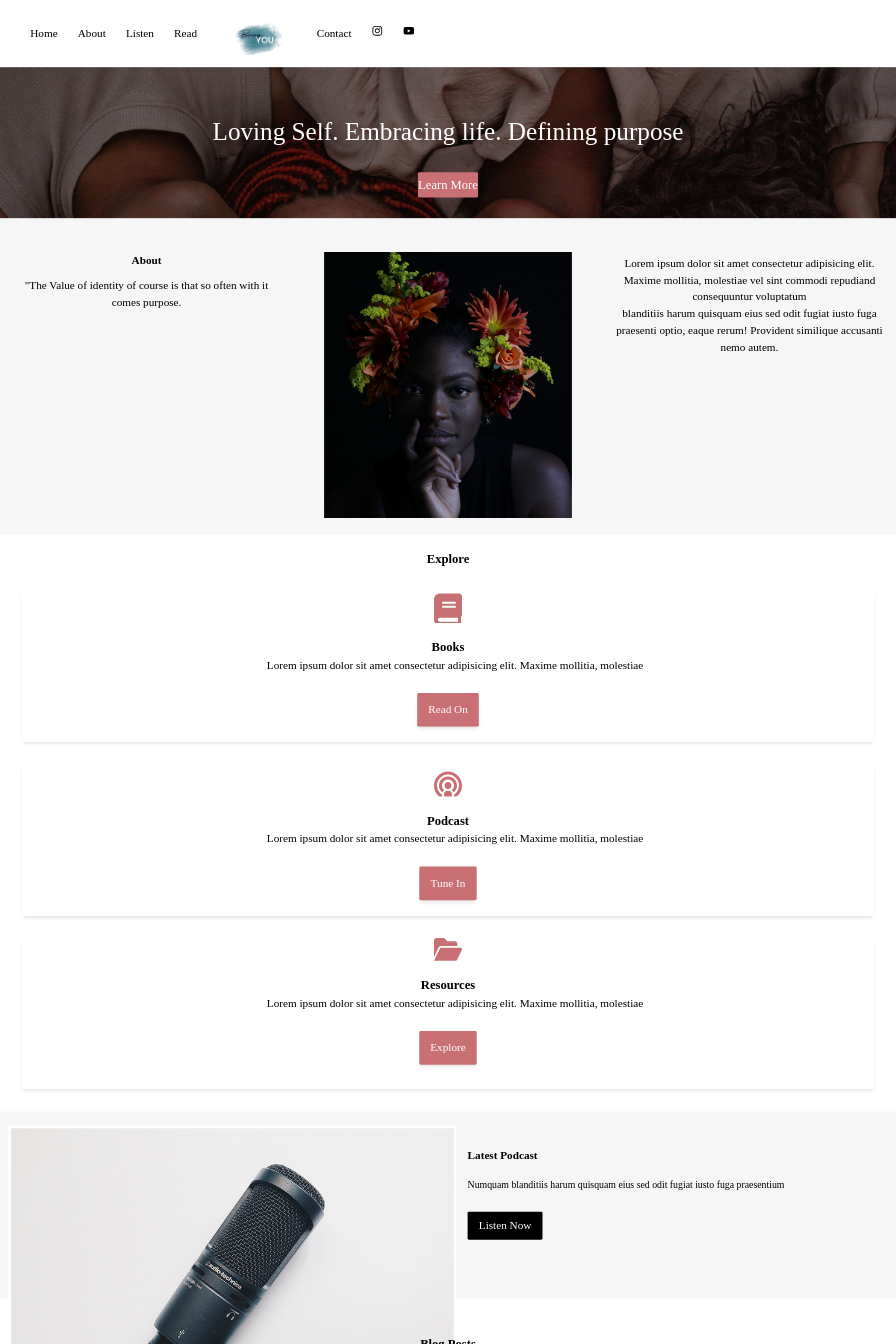
Repository: BrightonMboya/being-you
Page: /
An editor plug-in stored every save of this project. The page is shown before and after the next save, followed by the edit.
The browser window is 1280 px wide. The pictures show the part of the page from y = 0 to 1920 px (the page is 3088 px tall), at 70% of full size.
The project was rebuilt for these pictures with package versions that can differ from the ones it lists, and the page was loaded fresh each time.

Above is the page before, as saved 2022-05-29 10:08:57.

### src/index.css
@tailwind base;
@tailwind components;
@tailwind utilities;

@layer base {
    html {
        font-family: Cormorant Garamond;
    }
}

### src/App.js
import React from "react";
import NavBar from './Components/Navbar/NavBar';
import HeroSection from "./Components/Hero-Section/HeroSection";
import About from "./Components/About/About"
import Explore from "./Components/Podcast/Explore";
import Podcast from "./Components/Podcast/Podcast";
import Blogs from "./Components/Blog/Blogs";
import Footer from "./Components/Footer/Footer";

function App() {
  return (
    <React.Fragment>
     <NavBar/>
     <HeroSection/>
     <About/>
     <Explore/>
     <Podcast/>
     <Blogs/>
     <Footer/>
    </React.Fragment>
  );
}

export default App;

### src/Components/Navbar/NavBar.jsx
import React, { useState } from 'react'
import { Link } from 'react-scroll'
import logo from '../../assets/logo.png'
import { FaBars, FaTimes, FaInstagram, FaYoutube } from 'react-icons/fa'

const NavBar = () => {
  const [nav, setNav] = useState(false)
  const handleClick = () => setNav(!nav)
  return (
    <React.Fragment>
      <div className="flex items-center justify-between shadow-md">
        <div className="md:hidden">
          <img src={logo} alt="" className="object-cover w-28 h-28" />
        </div>

        {/* menu */}
        <ul className="hidden md:flex gap-[4vh] ml-[6vh] mt-4">
          <li className="mt-5">
            <Link to="home" smooth={true} duration={500}>
              Home
            </Link>
          </li>
          <li className="mt-5">
            <Link to="about" smooth={true} duration={500}>
              About
            </Link>
          </li>
          <li className="mt-5">
            <Link to="listen" smooth={true} duration={500}>
              Listen
            </Link>
          </li>
          <li className="mt-5">
            <Link to="read" smooth={true} duration={500}>
              Read
            </Link>
          </li>
          <li>
            <img src={logo} alt="" className="object-cover w-30 h-20" />
          </li>
          <li className="mt-5">
            <Link to="contact" smooth={true} duration={500}>
              Contact
            </Link>
          </li>
          <li className="mt-5">
            <FaInstagram className="" />
          </li>
          <li className="mt-5">
            <FaYoutube />
          </li>
        </ul>

        {/* Hamburger Menu */}
        <div className="md:hidden z-10" onClick={handleClick}>
          {!nav ? (
            <FaBars className="text-2xl w-full mr-8" />
          ) : (
            <FaTimes className="text-3xl  mr-3" />
          )}
        </div>

        {/* mobile menu */}
        <ul
          className={
            !nav
              ? 'hidden'
              : 'absolute top-0 left-0 w-full h-[60vh] flex flex-col justify-center items-center'
          }
        >
          <li className="text-2xl py-5">
            <Link onClick={handleClick} to="home" smooth={true} duration={500}>
              Home
            </Link>
          </li>
          <li className="text-2xl">
            <Link to="about" smooth={true} duration={500}>
              About
            </Link>
          </li>
          <li className="text-2xl">
            <Link to="listen" smooth={true} duration={500}>
              Listen
            </Link>
          </li>
          <li className="text-2xl">
            <Link to="read" smooth={true} duration={500}>
              Read
            </Link>
          </li>

          <li className="text-2xl">
            <Link to="contact" smooth={true} duration={500}>
              Contact
            </Link>
          </li>
        </ul>
      </div>
    </React.Fragment>
  )
}

export default NavBar

### src/Components/Hero-Section/HeroSection.jsx
import React from 'react'
import hero from '../../assets/hero.png'

const HeroSection = () => {
  return (
    <div
      style={{
        backgroundImage: `url(${hero})`,
        objectPosition: 'cover',
      }}
      className="object-cover bg-cover bg-no-repeat h-[30vh] md:h-[30vh]"
    >
      <div className="flex flex-col items-center justify-center pt-[7vh]">
        <h3 className="text-center text-xl text-white font-medium py-[3vh] md:text-4xl">
          Loving Self. Embracing life. Defining purpose
        </h3>

        <button className="bg-[#C87073] text-white py-1 mt-4 rounded-sm font-normal text-base md:text-lg">
          Learn More
        </button>
      </div>
    </div>
  )
}

export default HeroSection

### src/Components/About/About.jsx
import React from "react";
import about from "../../assets/about.jpg";

const About = () => {
  return (
    <div className="flex flex-col justify-center items-center bg-[#F6F6F6]">
      <div className="py-6 md:grid grid-cols-3 gap-3">
        <div className="mt-6">
          <h3 className="text-center font-semibold">About</h3>
          <p className="text-center px-4 md:mt-3">
            "The Value of identity of course is that so often with it comes
            purpose.
          </p>
        </div>
        <img src={about} alt="" className="mt-6 px-8" />
        <p className="text-center px-3 text-sm mt-7 md:text-base">
          Lorem ipsum dolor sit amet consectetur adipisicing elit. Maxime
          mollitia, molestiae vel sint commodi repudiand consequuntur voluptatum
            <br/>
          blanditiis harum quisquam eius sed odit fugiat iusto fuga praesenti
          optio, eaque rerum! Provident similique accusanti nemo autem.
        </p>
      </div>
    </div>
  );
};

export default About;

### src/Components/Podcast/Explore.jsx
import React from "react";
import ExploreCard from "./ExploreCard";
import book from "../../assets/book.svg";
import podcast from "../../assets/podcast.svg";
import resources from "../../assets/resources.svg";

const Explore = () => {
  return (
    <div className="mt-5">
      <h3 className="text-center font-semibold text-lg">Explore</h3>
      <div className="flex flex-col px-8">
        <ExploreCard
          image={book}
          title="Books"
          description="Lorem ipsum dolor sit amet consectetur adipisicing elit. Maxime mollitia, molestiae "
          action="Read On"
        />
        <ExploreCard
          image={podcast}
          title="Podcast"
          description="Lorem ipsum dolor sit amet consectetur adipisicing elit. Maxime mollitia, molestiae "
          action="Tune In"
        />
        <ExploreCard
          image={resources}
          title="Resources"
          description="Lorem ipsum dolor sit amet consectetur adipisicing elit. Maxime mollitia, molestiae "
          action="Explore"
        />

      </div>
    </div>
  );
};

export default Explore;

### src/Components/Podcast/Podcast.jsx
import React from "react";
import mic from "../../assets/mic.jpg";

const Podcast = () => {
  return (
    <div className="bg-[#F6F6F6] mt-8 h-[37vh]">
      <div className="grid grid-cols-2">
        <img
          src={mic}
          alt=""
          className="h-full w-25 object-cover ml-3  mt-5 border-4 border-white"
        />
        <div className="mt-[7vh] ml-7">
          <h3 className="font-semibold">Latest Podcast</h3>
          <p className="text-sm mr-5 mt-5">
            Numquam blanditiis harum quisquam eius sed odit fugiat iusto fuga
            praesentium
          </p>

          <button className="mt-7 bg-black text-white px-4 py-2 rounded-sm shadow-mdF">
            Listen Now
          </button>
        </div>
      </div>
    </div>
  );
};

export default Podcast;

### src/Components/Blog/Blogs.jsx
import React from "react";
import BlogCard from "./BlogCard";
import blog from "../../assets/blog.png";

const Blogs = () => {
  return (
    <div>
      <div className="mt-[7vh]">
        <h3 className="text-center font-semibold text-lg">Blog Posts</h3>
        <div>
          <BlogCard
            image={blog}
            title="Stay positive this blue monday"
            description="Looking for ways to reduce back pain during an episode of
            discomfort or manage your bad back in a more effective manner? Check out this guide from..."
          />
          <BlogCard
            image={blog}
            title="5 tips to reduce back pain"
            description="Looking for ways to reduce back pain during an episode of
            discomfort or manage your bad back in a more effective manner? Check out this guide from..."
          />
          <BlogCard
            image={blog}
            title="how scary movies can help us relax"
            description="ooking for ways to reduce back pain during an episode of
            discomfort or manage your bad back in a more effective manner? Check out this guide from..."
          />
        </div>

        <div className="flex items-center justify-center mb-5">
          <button className="mt-7 bg-[#C87073] text-white px-4 py-2 rounded-sm shadow-md">
            View All Blogs
          </button>
        </div>
      </div>
    </div>
  );
};

export default Blogs;

### src/Components/Footer/Footer.jsx
import React from "react";
import logo2 from '../../assets/logo2.png'
import {FaInstagram, FaTwitter, FaYoutube} from 'react-icons/fa'

const Footer = () => {
    const year = new Date().getFullYear();
  return <div className="bg-[#C87073] flex justify-between items-center">
      <div>
          <img src={logo2} alt="" className="h-full w-40" />
      </div>

      <div>
        <h2 className="text-sm">{year} Being You. All right reserved</h2>
      </div>

      <div className="flex gap-3 mr-3">
          <FaInstagram/>
          <FaTwitter/>
          <FaYoutube/>
      </div>
  </div>;
};

export default Footer;

### src/Components/Podcast/ExploreCard.jsx
import React from "react";

const ExploreCard = (props) => {
  return (
    <div className="mt-8">
      <div className="flex flex-col items-center shadow-md h-[30vh]">
        <img src={props.image} alt="" />
        <h3 className="mt-5 font-semibold text-lg">{props.title}</h3>
        <p className="ml-5">{props.description}</p>

        <button className="mt-7 bg-[#C87073] text-white px-4 py-3 rounded-sm shadow-md">{props.action}</button>
      </div>
    </div>
  );
};

export default ExploreCard;

### src/Components/Blog/BlogCard.jsx
import React from 'react'

const BlogCard = (props) => {
  return (
    <div>
        <div className='px-7'>
            <img src={props.image} alt="" className='mt-5 object-cover'/>
            <h3 className='mt-4 font-semibold text-base'>{props.title}</h3>
            <p>{props.description}</p>
        </div>
    </div>
  )
}

export default BlogCard

Loaded but not shown: public/index.html (common file); src/index.js (common file); tailwind.config.js (common file)

After the next save:
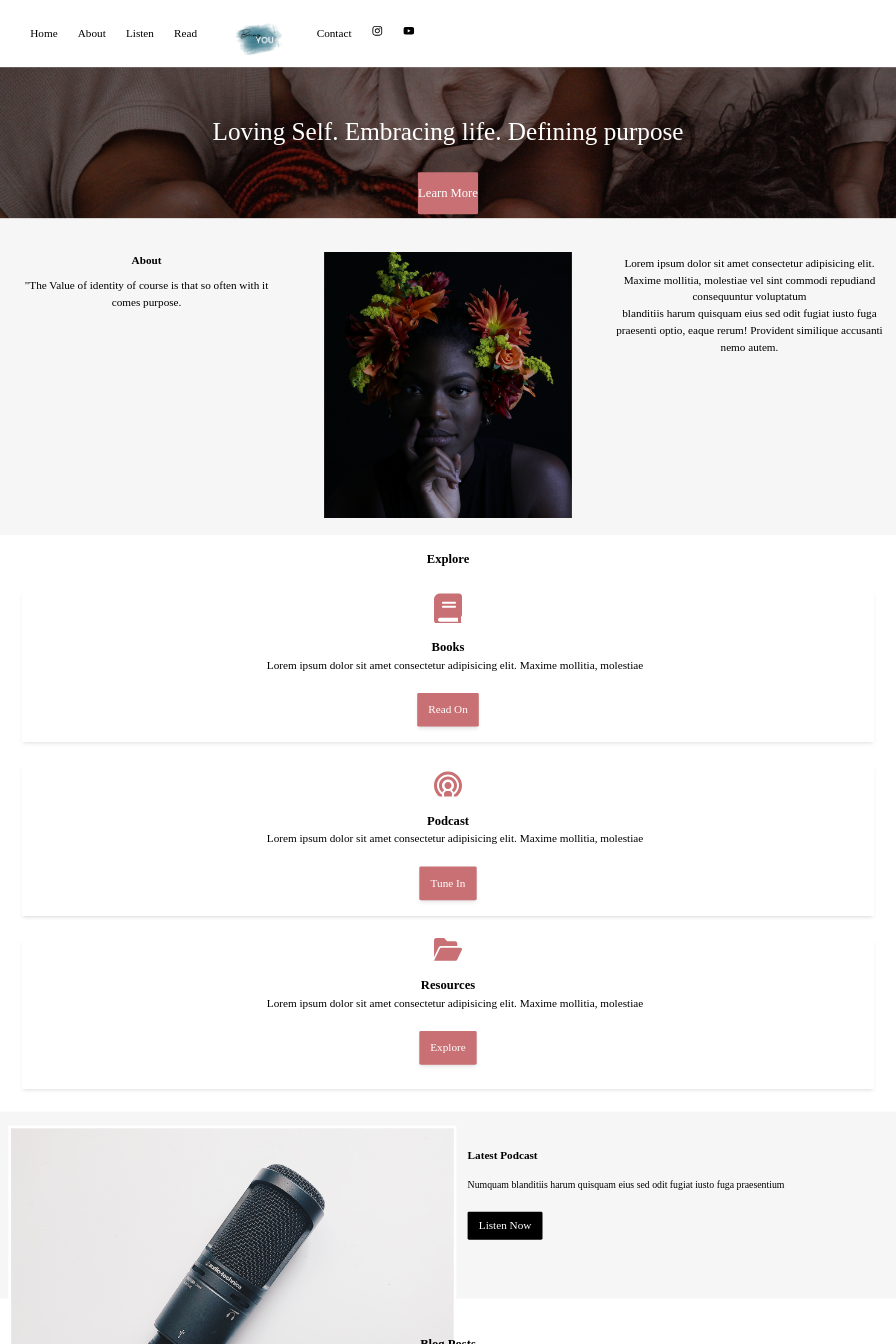
Saved 9 s later.
--- a/src/Components/Hero-Section/HeroSection.jsx
+++ b/src/Components/Hero-Section/HeroSection.jsx
@@ -15,7 +15,7 @@ const HeroSection = () => {
           Loving Self. Embracing life. Defining purpose
         </h3>
 
-        <button className="bg-[#C87073] text-white py-1 mt-4 rounded-sm font-normal text-base md:text-lg">
+        <button className="bg-[#C87073] text-white py-1 mt-4 rounded-sm font-normal text-base md:py-4  text-lg">
           Learn More
         </button>
       </div>
